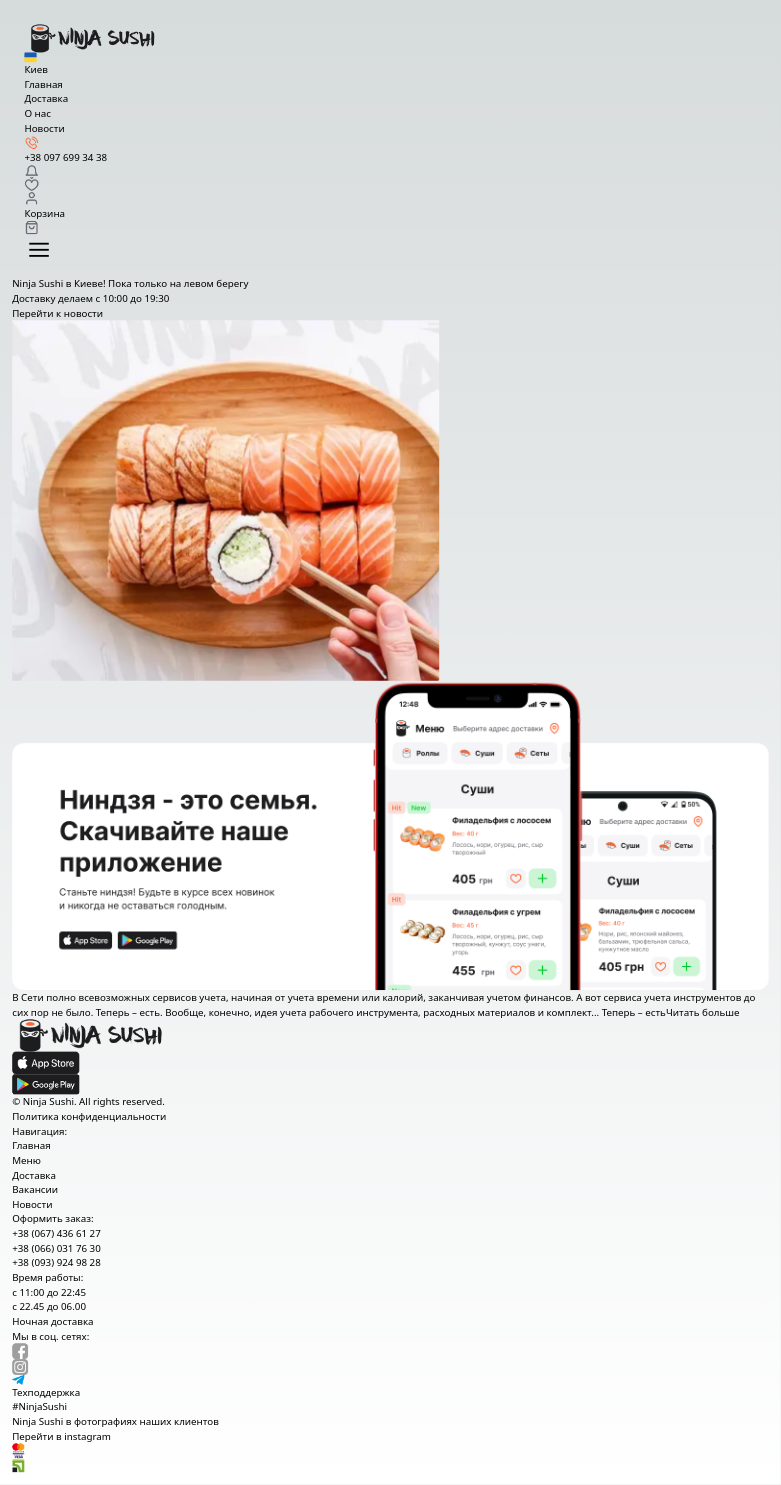
Repository: shokirovG/loyiha
Page: /News
The author's editor kept a copy of each file at every save. The page is drawn from the files as they stood at one save, then again after the next save.
The browser window is 1280 px wide. The pictures show the whole page, at 61% of full size.
The project was rebuilt for these pictures with package versions that can differ from the ones it lists, and the page was loaded fresh each time. The framework's server and built-in components were replaced by stand-ins that run in the browser. Also part of the build but not shown: next.config.js, Components/Categories.jsx, Components/OpenNav.jsx.

Above is the page before, as saved 2023-07-01 16:19:39.

After the next save:
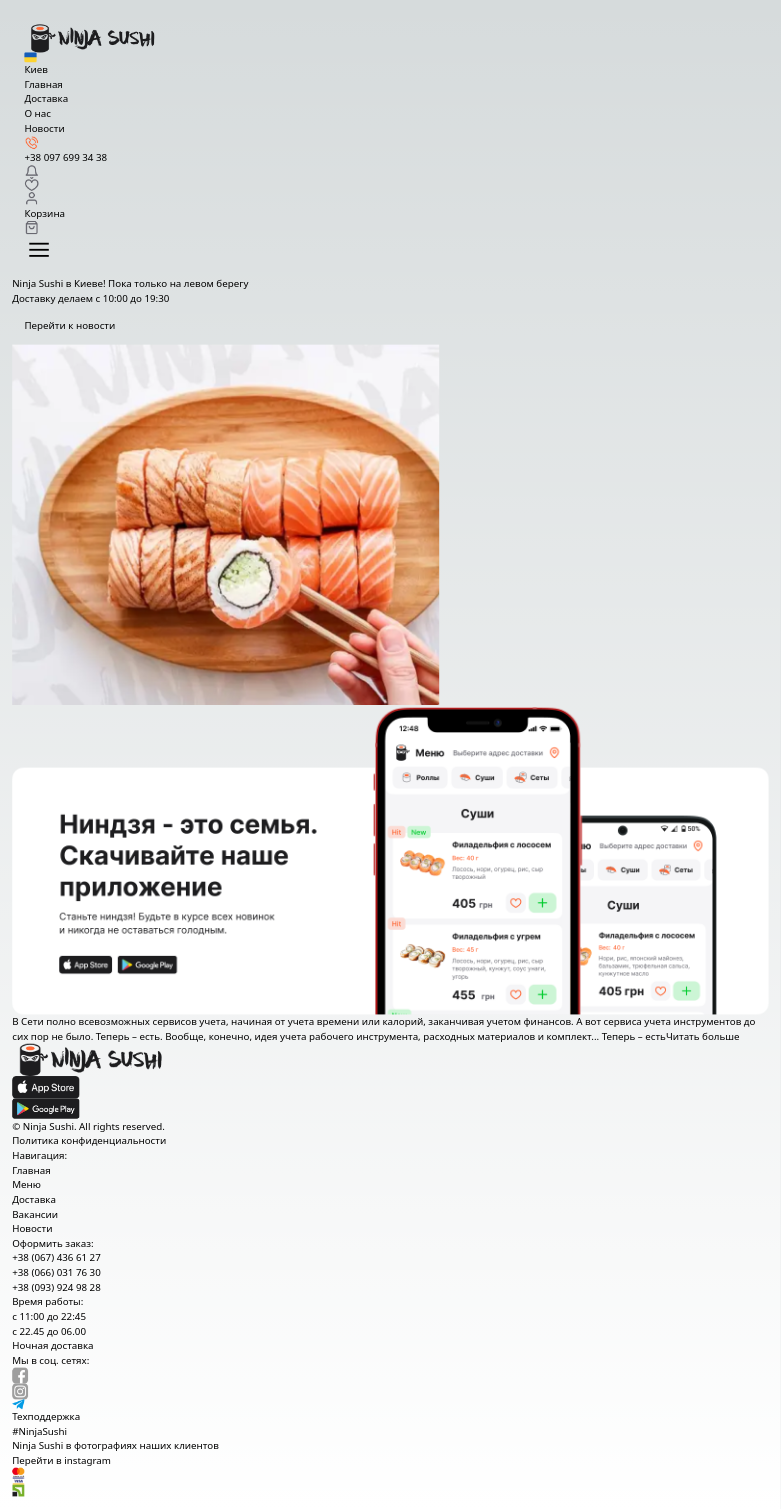
Saved 11 s later.
--- a/Components/Slider.js
+++ b/Components/Slider.js
@@ -23,7 +23,7 @@
             <h3 className="text-left w-[565px] mt-[20px]">
               Доставку делаем с 10:00 до 19:30
             </h3>
-            <button className="w-[263px] h-[22px] bg-[#00CC2D]">
+            <button className="w-[263px] h-[22px] bg-[#00CC2D] p-5">
               Перейти к новости
             </button>
           </div>
